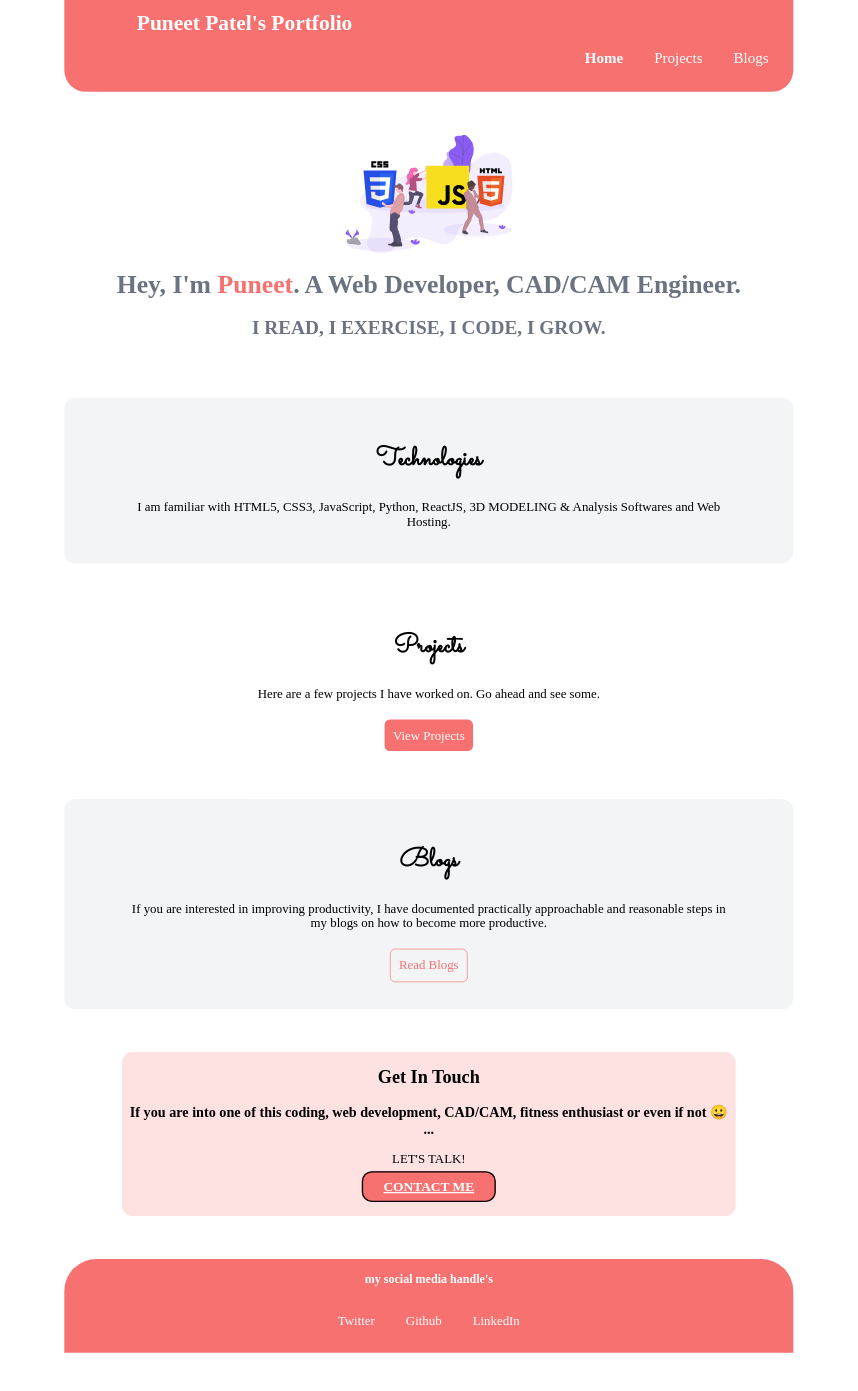
Repository: PuneetP16/Portfolio
Page: index.html
These files come from the project's save history. The page is drawn as it stood at one moment and after the next save; the edit follows.
The browser window is 1280 px wide. The pictures show the whole page, at 67% of full size.
Some web fonts or font styles are not loaded; a fallback is used.

Above is the page before, as saved 2021-12-10 10:50:23.

After the next save:
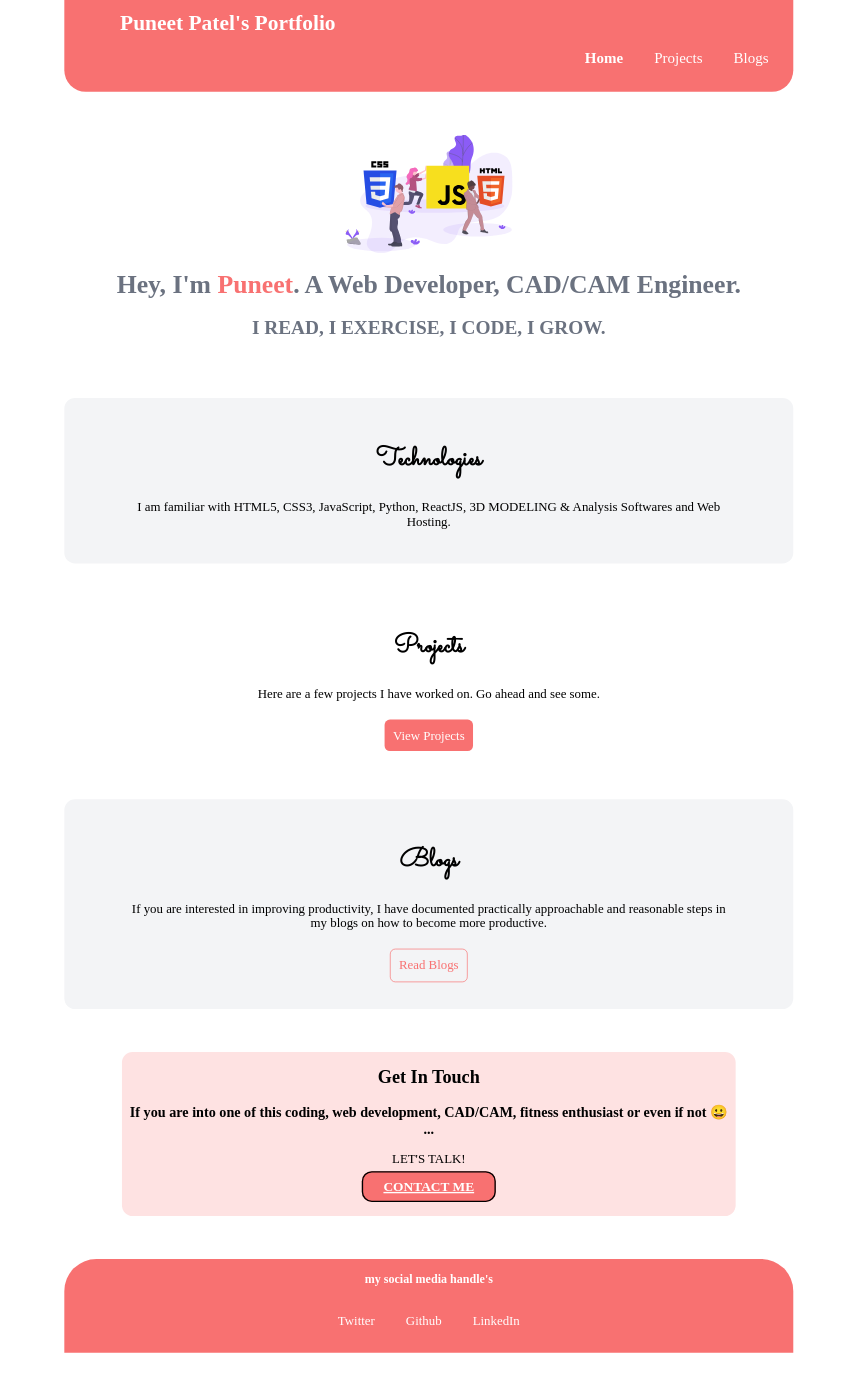
Saved 19 s later.
--- a/style.css
+++ b/style.css
@@ -60,7 +60,7 @@ hr {
   font-size: 2rem;
   margin: auto;
   text-align: center;
-  margin-right: 550px;
+  margin-right: 600px;
 }
 
 /** Lists **/
